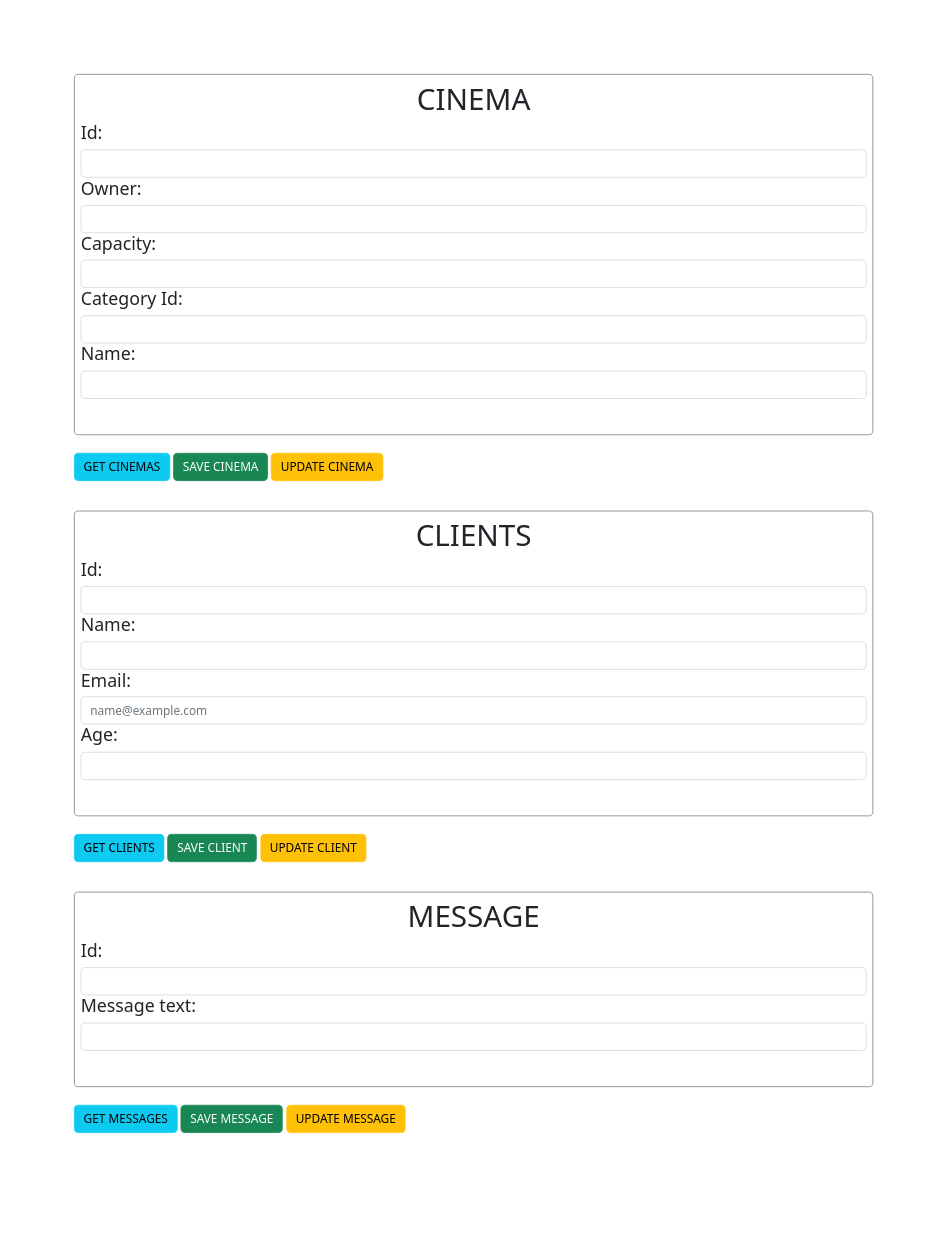
Repository: almendezl/MisionTIC
Page: index.html
These files come from the project's save history. The page is drawn as it stood at one moment and after the next save; the edit follows.
The browser window is 1280 px wide. The pictures show the whole page, at 74% of full size.

Above is the page before, as saved 2022-10-02 15:56:20.

### index.html
<html lang="en">
<head>
    <meta charset="UTF-8">
    <meta http-equiv="X-UA-Compatible" content="IE=edge">
    <meta name="viewport" content="width=device-width, initial-scale=1.0">
    <link rel="stylesheet" href="styles.css">
    <title>MISION TIC 2022 RETO 2</title>
</head>
<!-- add jquery api -->
<script src="https://ajax.googleapis.com/ajax/libs/jquery/3.6.1/jquery.min.js"></script>
<!-- add bootstrap -->
<link href="https://cdn.jsdelivr.net/npm/bootstrap@5.2.1/dist/css/bootstrap.min.css" rel="stylesheet" integrity="sha384-iYQeCzEYFbKjA/T2uDLTpkwGzCiq6soy8tYaI1GyVh/UjpbCx/TYkiZhlZB6+fzT" crossorigin="anonymous">
<!-- add the file with the script -->
<script type="text/javascript" src="myScript.js"></script>
<body>
    <!-- cinema front -->
    <div class=" p-2 rounded border border-secondary" >
        <h1 class="text-center">CINEMA</h1>
        <form action="">
            <div class="form-group">
                <h4 class="label label-default" >Id: </h4>
                <input class="form-control" type="number" id="cinemaId">
            </div>

            <div class="form-group">
                <h4 class="label label-default" >Owner: </h4>
                <input class="form-control" type="text" id="cinemaOwner">
            </div>

            <div class="form-group">
                <h4 class="label label-default" >Capacity: </h4>
                <input class="form-control" type="number" id="cinemaCapacity" >
            </div>

            <div class="form-group">
                <h4 class="label label-default" >Category Id: </h4>
                <input class="form-control" type="number" id="cinemaCategory">
            </div>

            <div class="form-group">
                <h4 class="label label-default" >Name: </h4>
                <input class="form-control" type="text" id="cinemaName"><br>
            </div>

        </form>
    </div>
    <br>
    <div id="cinemaAlert">

    </div>



    <button class="btn btn-info" onclick="getCinemas()">GET CINEMAS</button>

    <button class="btn btn-success" onclick="setCinema()">SAVE CINEMA</button>

    <button class="btn btn-warning" onclick="updateCinema()">UPDATE CINEMA</button><br><br>


    <table class="table table-striped" id="cinemasList">


    </table>

    <!-- Clients front  -->
    <div class=" p-2 rounded border border-secondary" >
    <h1 class="text-center">CLIENTS</h1>
        <form action="">
            <div class="form-group">
                <h4 class="label label-default" >Id: </h4>
                <input class="form-control" type="number" id="clientId">
            </div>

            <div class="form-group">
                <h4 class="label label-default" >Name: </h4>
                <input class="form-control" type="text" id="clientName">
            </div>

            <div class="form-group">
                <h4 class="label label-default" >Email: </h4>
                <input class="form-control" type="text" id="clientEmail" placeholder="name@example.com">
            </div>

            <div class="form-group">
                <h4 class="label label-default" >Age: </h4>
                <input class="form-control" type="number" id="clientAge"><br>
            </div>

        </form>
    </div>
    <br>

    <div id="clientAlert">

    </div>



    <button class="btn btn-info" onclick="getClients()">GET CLIENTS</button>

    <button class="btn btn-success" onclick="setClient()">SAVE CLIENT</button>

    <button class="btn btn-warning" onclick="updateClient()">UPDATE CLIENT</button><br><br>


    <table class="table table-striped" id="clientsList">


    </table>

    <!-- Message front  -->
    <div class=" p-2 rounded border border-secondary" >
        <h1 class="text-center">MESSAGE</h1>

        <form action="" >
            <div class="form-group">
                <h4 class="label label-default" >Id: </h4>
                <input class="form-control" type="number" id="messageId">
            </div>

            <div class="form-group">
                <h4 class="label label-default" >Message text: </h4>
                <input class="form-control" type="text" id="messageText"><br>
            </div>


        </form>
    </div>
    <br>

    <div id="messageAlert">

    </div>



    <button class="btn btn-info" onclick="getMessages()">GET MESSAGES</button>

    <button class="btn btn-success" onclick="setMessage()">SAVE MESSAGE</button>

    <button class="btn btn-warning" onclick="updateMessage()">UPDATE MESSAGE</button><br><br>


    <table class="table table-striped" id="messagesList">


    </table>

</body>
</html>

### styles.css
body {

    padding: 100px 100px;
  }

### myScript.js
let urlCinema = "https://gbc0751b79176df-fy68ude9ajgxmklv.adb.us-ashburn-1.oraclecloudapps.com/ords/admin/cinema/cinema";
let urlClient = "https://gbc0751b79176df-fy68ude9ajgxmklv.adb.us-ashburn-1.oraclecloudapps.com/ords/admin/client/client";
let urlMessage = "https://gbc0751b79176df-fy68ude9ajgxmklv.adb.us-ashburn-1.oraclecloudapps.com/ords/admin/message/message";


/**
 * ----------------CINEMAS ---------------------
 */
function getCinemas(){

    $.ajax({
        url:  urlCinema,
        type: 'GET',
        dataType: 'json',

        success: function(cinemas){
            console.log(cinemas);
            let cs= cinemas.items;
            //$('#clientsList').append("<h2>Clients List</h2>");
            $('#cinemasList').empty();
            if(cs.length > 0){

                $('#cinemasList').append("<thead><tr><th scope='col'>Id</th><th scope='col'>Owner</th><th scope='col'>Capacity</th><th scope='col'>Category Id</th> <th scope='col'>Name</th><th scope='col'>Options</th></tr></thead><tbody></tbody>");
                for(i = 0; i<cs.length; i++){

                    $('#cinemasList').append("<tr><th scope='row'>"+cs[i].id+"</th><td>"+cs[i].owner+"</td><td>"+cs[i].capacity+"</td><td>"+cs[i].category_id+"</td><td>"+cs[i].name+"</td><td>"+"<button class='btn btn-secondary' onclick='editCinema("+JSON.stringify(cs[i])+")'>EDIT</button> <button class='btn btn-danger' onclick='deleteCinema("+cs[i].id+")'>DELETE</button></td></tr>");

                }
            }else{
                $('#cinemasList').append("<h4 class='text-center'>No entries</h4>");
            }

        },
        error: function(xhr, status){
            alert("A problem has occurred");
        },
        complete: function(xhr, status){
            //alert("Request made");
        }
    });

}
function editCinema(item){
console.log(item);

}

function setCinema(){

    let id = $("#cinemaId").val();
    let owner = $("#cinemaOwner").val();
    let capacity = $("#cinemaCapacity").val();
    let category = $("#cinemaCategory").val();
    let name = $("#cinemaName").val();

    $("#cinemaAlert").empty();
    if (id != "" && owner != "" && capacity != "" && category != "" && name != ""){
        let data = {
            id: id,
            owner: owner,
            capacity: capacity,
            category_id: category,
            name: name

        };

        let dataToSend = JSON.stringify(data);

        console.log(dataToSend);

        $.ajax({
            url: urlCinema,
            type: 'POST',
            //dataType: 'json',
            data: dataToSend,
             contentType: "application/json",

            success: function(json){
                console.log(json);
                //Clean the inputs
                $("#cinemaId").val('');
                $("#cinemaOwner").val('');
                $("#cinemaCapacity").val('');
                $("#cinemaCategory").val('');
                $("#cinemaName").val('');
                getCinemas();
            },
            error: function(xhr, status){
                //alert("A problem has occurred");

            },
            complete: function(xhr, status){
                //alert("Request made");

            }
        });

    }else{
        $("#cinemaAlert").append("<div class='alert alert-danger' role='alert'>There can be no empty fields!</div>");
    }



}

function updateCinema(){
    let id = $("#cinemaId").val();
    let owner = $("#cinemaOwner").val();
    let capacity = $("#cinemaCapacity").val();
    let category = $("#cinemaCategory").val();
    let name = $("#cinemaName").val();

    let data = {
        id: id,
        owner: owner,
        capacity: capacity,
        category_id: category,
        name: name

    };

    let dataToSend = JSON.stringify(data);

    console.log(dataToSend);

    $.ajax({
        url: urlCinema,
        type: 'PUT',
        //dataType: 'json',
        data: dataToSend,
        contentType: "application/json",

        success: function(json){
            console.log(json);
            //Clean the inputs
            $("#cinemaId").val('');
            $("#cinemaOwner").val('');
            $("#cinemaCapacity").val('');
            $("#cinemaCategory").val('');
            $("#cinemaName").val('');
            getCinemas();
        },
        error: function(xhr, status){
            //alert("A problem has occurred");

        },
        complete: function(xhr, status){
            //alert("Request made");

        }
    });
}

function deleteCinema(cinemaId){


    let data = {
        id: cinemaId

    };

    let dataToSend = JSON.stringify(data);

    console.log(dataToSend);

    $.ajax({
        url: urlCinema,
        type: 'DELETE',
        //dataType: 'json',
        data: dataToSend,
        contentType: "application/json",

        success: function(json){
            console.log(json);
            //Clean the inputs
            $("#cinemaId").val('');
            $("#cinemaOwner").val('');
            $("#cinemaCapacity").val('');
            $("#cinemaCategory").val('');
            $("#cinemaName").val('');
            getCinemas();
        },
        error: function(xhr, status){
            //alert("A problem has occurred");

        },
        complete: function(xhr, status){
            //alert("Request made");

        }
    });
}

/**
 * ----------------CLIENTS ---------------------
 */

function getClients(){

    $.ajax({
        url: urlClient,
        type: 'GET',
        dataType: 'json',

        success: function(clients){
            console.log(clients);
            let cs= clients.items;
            //$('#clientsList').append("<h2>Clients List</h2>");
            $('#clientsList').empty();
            if(cs.length > 0){
                $('#clientsList').append("<thead><tr><th scope='col'>Id</th><th scope='col'>Name</th><th scope='col'>Email</th><th scope='col'>Age</th> <th scope='col'>Option</th></tr></thead><tbody></tbody>");
                for(i = 0; i<cs.length; i++){
                    //$('#clientsList').append("<b>"+cs[i].id+" "+cs[i].name+" </b> "+cs[i].email+"   <button class='btn btn-danger'    onclick='deleteClient("+cs[i].id+")'>DELETE</button>"+"<br>");
                    $('#clientsList').append("<tr><th scope='row'>"+cs[i].id+"</th><td>"+cs[i].name+"</td><td>"+cs[i].email+"</td><td>" +cs[i].age+"</td><td>"+"<button class='btn btn-danger' onclick='deleteClient("+cs[i].id+")'>DELETE</button></td></   tr>");

                }
            }else{
                $('#clientsList').append("<h4 class='text-center'>No entries</h4>");
            }

        },
        error: function(xhr, status){
            alert("A problem has occurred");
        },
        complete: function(xhr, status){
            //alert("Request made");
        }
    });

}

function setClient(){

    let clientId = $("#clientId").val();
    let clientName = $("#clientName").val();
    let clientEmail = $("#clientEmail").val();
    let clientAge = $("#clientAge").val();
    $("#clientAlert").empty();

    if(clientId != '' && clientName != '' && clientEmail != '' && clientAge != '' ){
        let data = {
            id: clientId,
            name: clientName,
            email: clientEmail,
            age: clientAge

        };

        let dataToSend = JSON.stringify(data);

        console.log(dataToSend);

        $.ajax({
            url: urlClient,
            type: 'POST',
            //dataType: 'json',
            data: dataToSend,
             contentType: "application/json",

            success: function(json){
                console.log(json);
                //Clean the inputs
                $("#clientId").val('');
                $("#clientName").val('');
                $("#clientEmail").val('');
                $("#clientAge").val('');
                getClients();
            },
            error: function(xhr, status){
                //alert("A problem has occurred");

            },
            complete: function(xhr, status){
                //alert("Request made");

            }
        });
    } else{
        $("#clientAlert").append("<div class='alert alert-danger' role='alert'>There can be no empty fields!</div>");
    }





}

function updateClient(){
    let clientId = $("#clientId").val();
    let clientName = $("#clientName").val();
    let clientEmail = $("#clientEmail").val();
    let clientAge = $("#clientAge").val();

    let data = {
        id: clientId,
        name: clientName,
        email: clientEmail,
        age: clientAge

    };

    let dataToSend = JSON.stringify(data);

    console.log(dataToSend);

    $.ajax({
        url:urlClient,
        type: 'PUT',
        //dataType: 'json',
        data: dataToSend,
        contentType: "application/json",

        success: function(json){
            console.log(json);
            //Clean the inputs
            $("#clientId").val('');
            $("#clientName").val('');
            $("#clientEmail").val('');
            $("#clientAge").val('');
            getClients();
        },
        error: function(xhr, status){
            //alert("A problem has occurred");

        },
        complete: function(xhr, status){
            //alert("Request made");

        }
    });
}

function deleteClient(clientId){


    let data = {
        id: clientId

    };

    let dataToSend = JSON.stringify(data);

    console.log(dataToSend);

    $.ajax({
        url:urlClient,
        type: 'DELETE',
        //dataType: 'json',
        data: dataToSend,
        contentType: "application/json",

        success: function(json){
            console.log(json);
            //Clean the inputs
            $("#clientId").val('');
            $("#clientName").val('');
            $("#clientEmail").val('');
            $("#clientAge").val('');
            getClients();
        },
        error: function(xhr, status){
            //alert("A problem has occurred");

        },
        complete: function(xhr, status){
            //alert("Request made");

        }
    });
}

/**
 * ----------------MESSAGE ---------------------
 */

 function getMessages(){

    $.ajax({
        url: urlMessage,
        type: 'GET',
        dataType: 'json',

        success: function(clients){
            console.log(clients);
            let cs= clients.items;
            //$('#clientsList').append("<h2>Clients List</h2>");
            $('#messagesList').empty();
           if(cs.length > 0){
                $('#messagesList').append("<thead><tr><th scope='col'>Id</th><th scope='col'>Message text</th><th scope='col'>Option</th></tr></thead><tbody></tbody>");
                 for(i = 0; i<cs.length; i++){

                     $('#messagesList').append("<tr><th scope='row'>"+cs[i].id+"</th><td>"+cs[i].messagetext+"</td><td>"+"<button       class='btn btn-danger' onclick='deleteMessage("+cs[i].id+")'>DELETE</button></td></tr>");

                 }
           }else{
            $('#messagesList').append("<h4 class='text-center'>No entries</h4>");
           }

        },
        error: function(xhr, status){
            alert("A problem has occurred");
        },
        complete: function(xhr, status){
            //alert("Request made");
        }
    });

}

function setMessage(){
    let id = $("#messageId").val();
    let messageText = $("#messageText").val();
    $("#messageAlert").empty();

    if(id != '' && messageText != ''){
        let data = {
            id: id,
            messagetext: messageText,

        };

        let dataToSend = JSON.stringify(data);

        console.log(dataToSend);

        $.ajax({
            url: urlMessage,
            type: 'POST',
            //dataType: 'json',
            data: dataToSend,
             contentType: "application/json",

            success: function(json){
                console.log(json);
                //Clean the inputs
                $("#messageId").val('');
                $("#messageText").val('');
                getMessages();
            },
            error: function(xhr, status){
                //alert("A problem has occurred");

            },
            complete: function(xhr, status){
                //alert("Request made");

            }
        });

    } else{
        $("#messageAlert").append("<div class='alert alert-danger' role='alert'>There can be no empty fields!</div>");
    }




}

function updateMessage(){
    let id = $("#messageId").val();
    let messageText = $("#messageText").val();

    let data = {
        id: id,
        messagetext: messageText,

    };

    let dataToSend = JSON.stringify(data);

    console.log(dataToSend);

    $.ajax({
        url:urlMessage,
        type: 'PUT',
        //dataType: 'json',
        data: dataToSend,
        contentType: "application/json",

        success: function(json){
            console.log(json);
            //Clean the inputs
            $("#messageId").val('');
            $("#messageText").val('');
            getMessages();
        },
        error: function(xhr, status){
            //alert("A problem has occurred");

        },
        complete: function(xhr, status){
            //alert("Request made");

        }
    });
}

function deleteMessage(messageId){


    let data = {
        id: messageId

    };

    let dataToSend = JSON.stringify(data);

    console.log(dataToSend);

    $.ajax({
        url:urlMessage,
        type: 'DELETE',
        //dataType: 'json',
        data: dataToSend,
        contentType: "application/json",

        success: function(json){
            console.log(json);
            //Clean the inputs
            $("#messageId").val('');
            $("#messageText").val('');
            getMessages();
        },
        error: function(xhr, status){
            //alert("A problem has occurred");

        },
        complete: function(xhr, status){
            //alert("Request made");

        }
    });
}

After the next save:
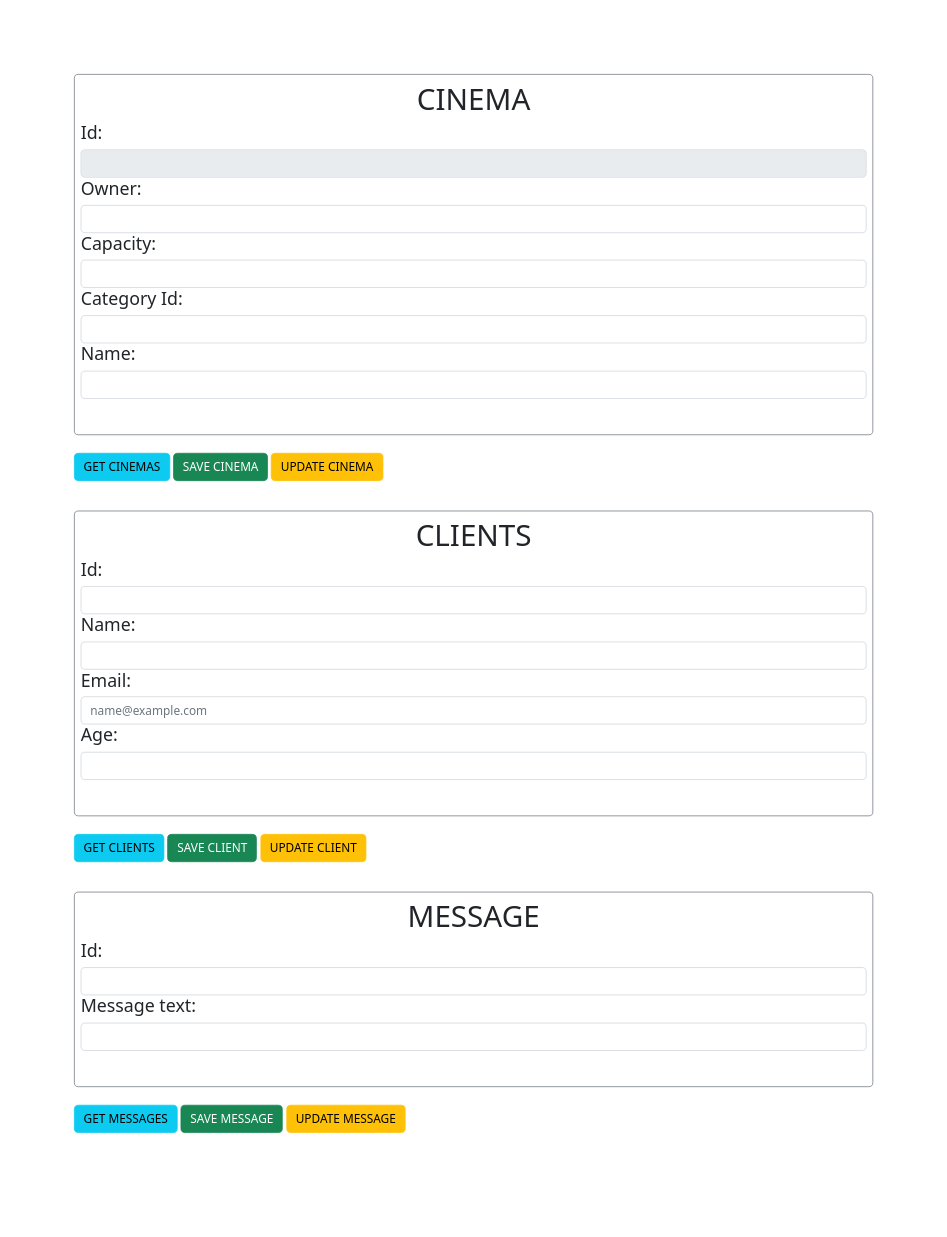
Saved 55 s later.
--- a/index.html
+++ b/index.html
@@ -19,7 +19,7 @@
         <form action="">
             <div class="form-group">
                 <h4 class="label label-default" >Id: </h4>
-                <input class="form-control" type="number" id="cinemaId">
+                <input  disabled class="form-control" type="number" id="cinemaId">
             </div>
 
             <div class="form-group">

After the save that followed:
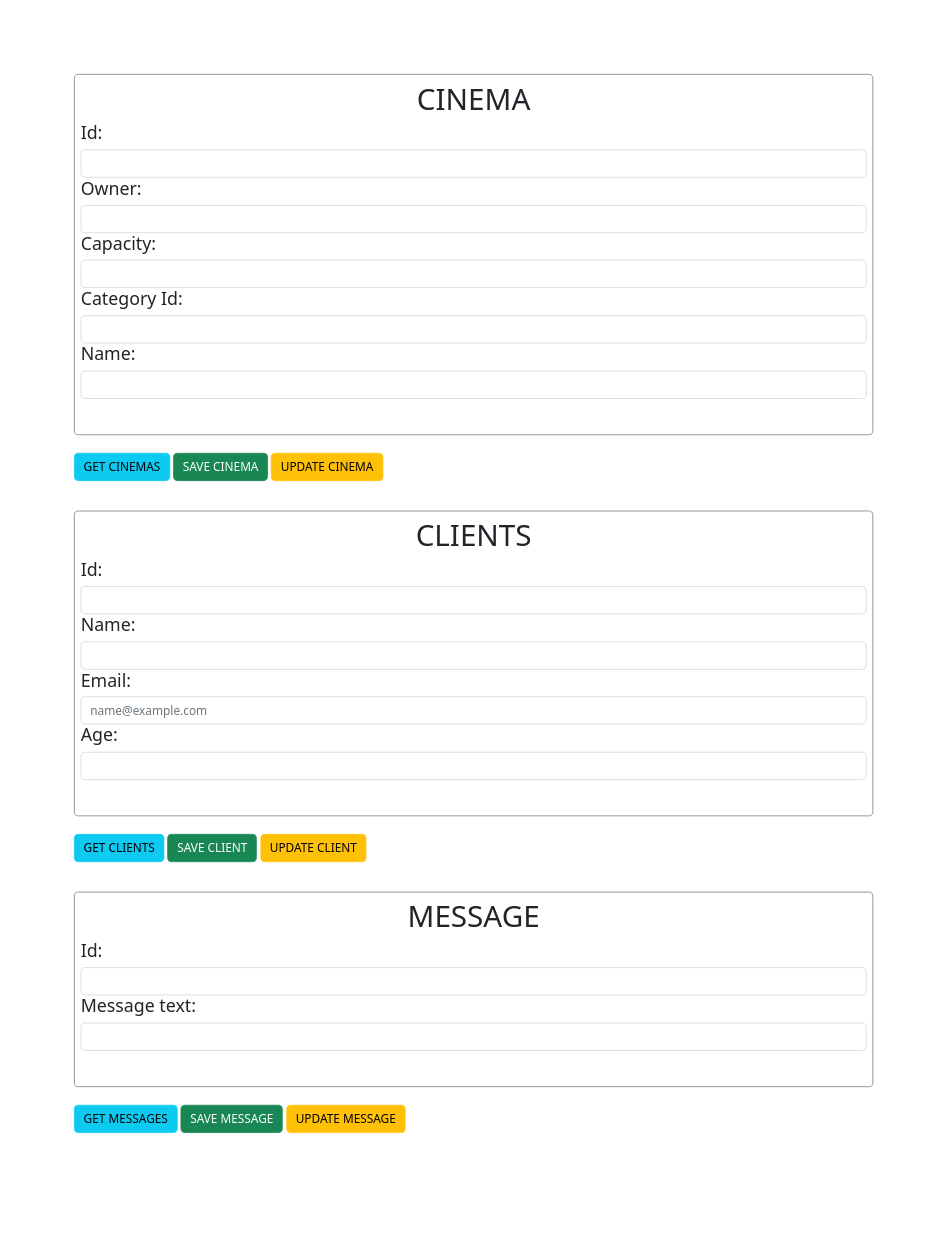
Saved 30 s later.
--- a/index.html
+++ b/index.html
@@ -19,7 +19,7 @@
         <form action="">
             <div class="form-group">
                 <h4 class="label label-default" >Id: </h4>
-                <input  disabled class="form-control" type="number" id="cinemaId">
+                <input  class="form-control" type="number" id="cinemaId">
             </div>
 
             <div class="form-group">
